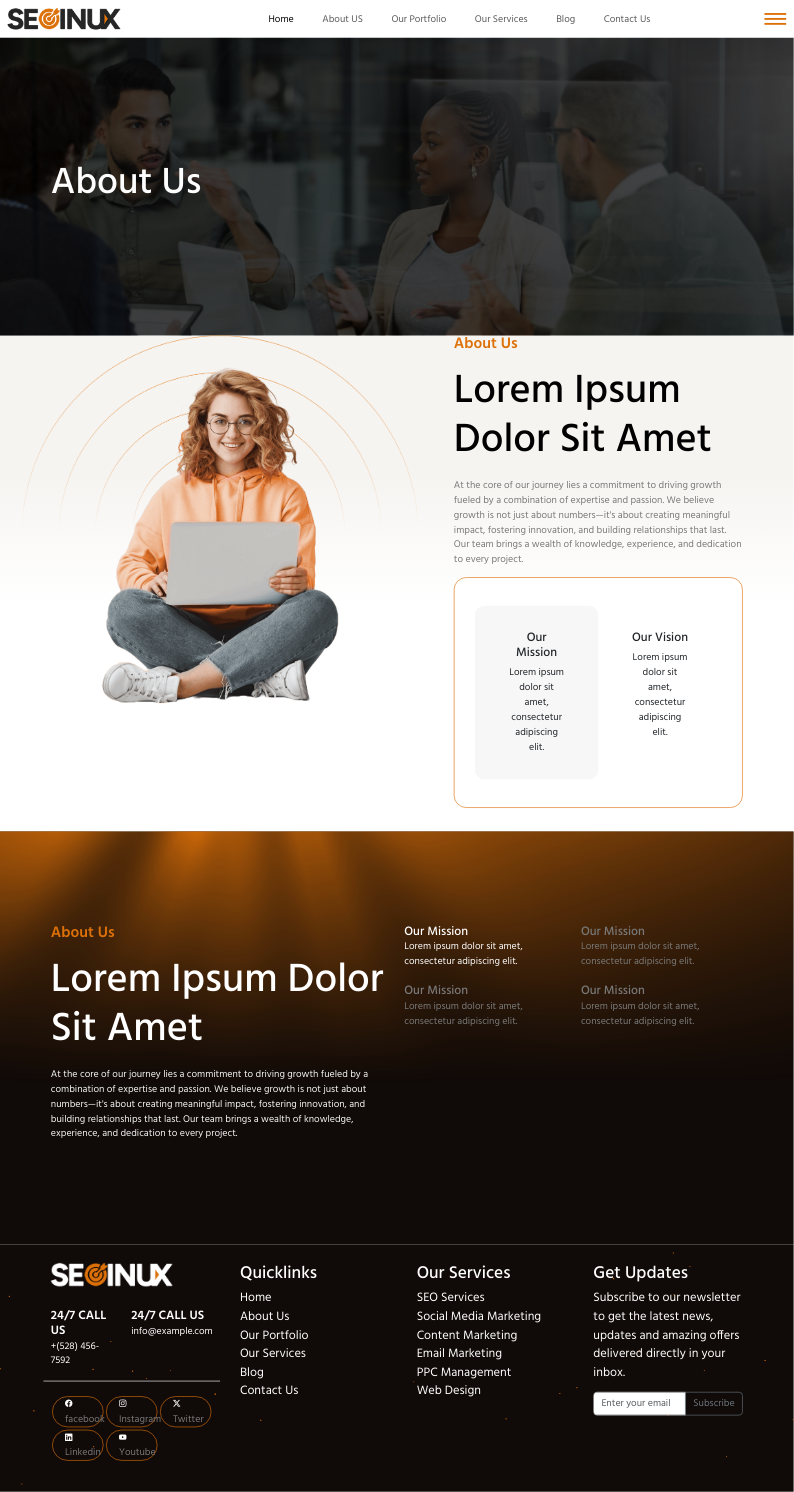
Repository: tagnam/seoinox
Page: about.html
These files come from the project's save history. The page is drawn as it stood at one moment and after a run of saves; the edit follows.
The browser window is 1280 px wide. The pictures show the whole page, at 62% of full size.
Backgrounds fixed to the window are drawn as part of the page.

Above is the page before, as saved 2025-02-26 10:48:32.

### about.html
<!DOCTYPE html>
<html lang="en">
<head>
    <meta charset="UTF-8">
    <meta name="viewport" content="width=device-width, initial-scale=1.0">
    <title>SEOINOX</title>
    <link href="https://cdn.jsdelivr.net/npm/bootstrap@5.3.3/dist/css/bootstrap.min.css" rel="stylesheet" integrity="sha384-QWTKZyjpPEjISv5WaRU9OFeRpok6YctnYmDr5pNlyT2bRjXh0JMhjY6hW+ALEwIH" crossorigin="anonymous">
    <link rel="stylesheet" href="style/css/style.css">
    <link rel="stylesheet" href="style/css/responsive.css">
    <link rel="stylesheet" href="style/css/animation.css">
</head>


<body>
  <header>
    <nav class="navbar navbar-expand-lg ">
        <div class="container-fluid">
          <a class="navbar-brand" href="#"><img src="images/main-logo-sec.png" width="100%" alt=""></a>
          <button class="navbar-toggler" type="button" data-bs-toggle="collapse" data-bs-target="#navbarSupportedContent" aria-controls="navbarSupportedContent" aria-expanded="false" aria-label="Toggle navigation">
            <span class="navbar-toggler-icon"></span>
          </button>
          <div class="collapse navbar-collapse custom-navbar-collapse" id="navbarSupportedContent">
            <ul class="navbar-nav custom-navbar-nav">
              <li class="nav-item">
                <a class="nav-link active" aria-current="page" href="/">Home</a>
              </li>
              <li class="nav-item">
                <a class="nav-link" href="about.html">About US</a>
              </li>
              <li class="nav-item">
                <a class="nav-link" href="portfolio.html">Our Portfolio</a>
              </li>
              <li class="nav-item">
                <a class="nav-link" href="service.html">Our Services</a>
              </li>
              <li class="nav-item">
                <a class="nav-link" href="blog.html">Blog</a>
              </li>
              <li class="nav-item">
                <a class="nav-link" href="contact.html">Contact Us</a>
              </li>
            </ul>
            <div class="d-flex" role="search">
                    <div class="menu-icon">
                        <div class="menu-icon-item"> </div>
                        <div class="menu-icon-item"></div>
                        <div class="menu-icon-item"></div>
                    </div>
            </div>
          </div>
        </div>
      </nav>
  </header>


<!--====================================== start hero section  ============================-->
 <section class="inner-page-hero-section">
    <div class="container">
        <div class="row">
                <div class="col-lg-12" style="z-index: 10;">
                    <div class="page-title">
                        <h2> About Us</h2>
                    </div>
                </div>
        </div>
    </div>
    <div class="overlay"></div>
 </section>

<!--====================================== end hero section  ============================-->

  <!--====================================== start about section  ============================-->
  <section class="about-section">
    <div class="container">
      <div class="row">
        <div class="col-lg-6" style="height: 800px;">
          <div class="about-img-container">
            <img src="images/about-image.png" alt="">
          </div>
        </div>
        <div class="col-lg-6">

          <div class="about-content-container">
            <div class="about-content">
              <h2 class="about-main-heading" style="text-align: start;">About Us</h2>
              <p class="about-sub-heading" style="text-align: start ; line-height: 80px;">Lorem ipsum dolor sit amet</p>
          </div>
          <p>At the core of our journey lies a commitment to driving growth fueled by a combination of expertise and passion. We believe growth is not just about numbers—it's about creating meaningful impact, fostering innovation, and building relationships that last. Our team brings a wealth of knowledge, experience, and dedication to every project.</p>
          <div class="about-card card">
            <div class="row g-4">
              <div class="col" style="background-color: #F7F7F7; border-radius: 15px;  ">
                <div class="card-body mission-vission">
                  <h5 class="card-title">Our Mission</h5>
                  <p class="card-text">Lorem ipsum dolor sit amet, consectetur adipiscing elit. </p>
                </div>
              </div>
              <div class="col" >
                <div class="card-body mission-vission">
                  <h5 class="card-title">Our Vision</h5>
                  <p class="card-text">Lorem ipsum dolor sit amet, consectetur adipiscing elit. </p>
                </div>
              </div>
            </div>
          </div>
        </div>
        </div>
      </div>
    </div>
  </section>

    <!--====================================== end about section  ============================-->
    <div class="clearfix"></div>


    <!--====================================== start choice  section  ============================-->

<section class="ab-page-choice-section">
<div class="container">
  <div class="row">
    <div class="col-lg-6">
      <div class="about-content">
        <h2 class="about-main-heading" style="text-align: start;">About Us</h2>
        <p class="about-sub-heading" style="text-align: start ; line-height: 80px; color: #fff;">Lorem ipsum dolor sit amet</p>
        <p style="text-align: start; color: #F7F7F7;">At the core of our journey lies a commitment to driving growth fueled by a combination of expertise and passion. We believe growth is not just about numbers—it's about creating meaningful impact, fostering innovation, and building relationships that last. Our team brings a wealth of knowledge, experience, and dedication to every project.</p>

    </div>
    </div>
    <div class="col-lg-6">
      <div class="row row-cols-1 row-cols-md-2 g-4">
        <div class="col">
            <div class="card-body" style="color: #fff;">
              <h5 class="card-title">Our Mission</h5>
              <p class="card-text">Lorem ipsum dolor sit amet, consectetur adipiscing elit. </p>
          </div>
        </div>
        <div class="col">
          <div class="card-body">
            <h5 class="card-title">Our Mission</h5>
            <p class="card-text">Lorem ipsum dolor sit amet, consectetur adipiscing elit. </p>
        </div>
        </div>
        <div class="col">
          <div class="card-body">
            <h5 class="card-title">Our Mission</h5>
            <p class="card-text">Lorem ipsum dolor sit amet, consectetur adipiscing elit. </p>
        </div>
        </div>
        <div class="col">
          <div class="card-body">
            <h5 class="card-title">Our Mission</h5>
            <p class="card-text">Lorem ipsum dolor sit amet, consectetur adipiscing elit. </p>
        </div>
        </div>
      </div>
    </div>
  </div>
</div>

</section>

        <!--====================================== end choice section  ============================-->














<footer>
  <div class="container">
    <div class="row">
      <div class="col">
        <figure>
          <img src="images/main-logo.png" alt="" style="width: 75%;">
        </figure>
        <div class="row" style="padding: 20px 0px; border-bottom: 1px solid #fff;">
          <div class="col">
            <h4 class="footer-heading">24/7 CALL US</h4>
            <a href="" class="footer-link">+(528) 456-7592</a>
          </div>
          <div class="col">
            <h4 class="footer-heading">24/7 CALL US</h4>
            <a href="" class="footer-link">info@example.com</a>
          </div>
        </div>
        <div class="social-container row-cols-md-3  row g-1">
          <div class="col">
            <div class="social-icon"> <span><i class="bi bi-facebook"></i></span> facebook </div>
          </div>
          <div class="col">
            <div class="social-icon"> <span><i class="bi bi-instagram"></i></span> Instagram </div>
          </div>
          <div class="col">
            <div class="social-icon"> <span><i class="bi bi-twitter-x"></i></span> Twitter </div>
          </div>
          <div class="col">
            <div class="social-icon"> <span><i class="bi bi-linkedin"></i></span> Linkedin</div>
          </div>
          <div class="col">
            <div class="social-icon"> <span><i class="bi bi-youtube"></i></span> Youtube</div>
          </div>
        </div>
      </div>
      <div class="col">
          <div class="footer-content-heading">
              <h3><i class="ri-circle-fill"></i> Quicklinks</h3>
              <ul class="footer-list">
                <li><i class="ri-arrow-right-double-line"></i> <a class="footer-link" href="">Home</a></li>
                <li><i class="ri-arrow-right-double-line"></i> <a class="footer-link" href="">About Us</a></li>
                <li><i class="ri-arrow-right-double-line"></i> <a class="footer-link" href="">Our Portfolio</a></li>
                <li><i class="ri-arrow-right-double-line"></i> <a class="footer-link" href="">Our Services</a></li>
                <li><i class="ri-arrow-right-double-line"></i> <a class="footer-link" href="">Blog</a></li>
                <li><i class="ri-arrow-right-double-line"></i> <a class="footer-link" href="">Contact Us</a></li>
          </div>
      </div>
      <div class="col">
        <div class="footer-content-heading">
          <h3><i class="ri-circle-fill"></i> Our Services</h3>
            <ul class="footer-list">
              <li><i class="ri-arrow-right-double-line"></i> <a class="footer-link" href="">SEO Services</a></li>
              <li><i class="ri-arrow-right-double-line"></i> <a class="footer-link" href="">Social Media Marketing</a></li>
              <li><i class="ri-arrow-right-double-line"></i> <a class="footer-link" href="">Content Marketing</a></li>
              <li><i class="ri-arrow-right-double-line"></i> <a class="footer-link" href="">Email Marketing</a></li>
              <li><i class="ri-arrow-right-double-line"></i> <a class="footer-link" href="">PPC Management</a></li>
              <li><i class="ri-arrow-right-double-line"></i> <a class="footer-link" href="">Web Design</a></li>
            </ul>
      </div>
      </div>
      <div class="col">
        <div class="footer-content-heading">
          <h3><i class="ri-circle-fill"></i> Get Updates</h3>
          <p>Subscribe to our newsletter to get the latest news, updates and amazing offers delivered directly in your inbox.</p>
          <form action="">
            <div class="input-group mb-3">
              <input type="text" class="form-control" placeholder="Enter your email" aria-label="Recipient's username" aria-describedby="button-addon2">
              <button class="btn btn-outline-secondary" type="button" id="button-addon2">Subscribe</button>
            </div>
          </form>

      </div>
      </div>
    </div>
  </div>
</footer>
<script src="https://cdn.jsdelivr.net/npm/bootstrap@5.3.3/dist/js/bootstrap.bundle.min.js" integrity="sha384-YvpcrYf0tY3lHB60NNkmXc5s9fDVZLESaAA55NDzOxhy9GkcIdslK1eN7N6jIeHz" crossorigin="anonymous"></script>
<script src="https://unpkg.com/@studio-freight/lenis@1.0.42/dist/lenis.min.js"></script>

<script src="style/js/custom.js"></script>
</body>
</html>

Loaded but not shown: style/js/custom.js (12 lines, source omitted); style/css/style.css (580 lines, source omitted); style/css/responsive.css (no stored copy; drawn as an empty file); style/css/animation.css (no stored copy; drawn as an empty file)

After the next 3 saves:
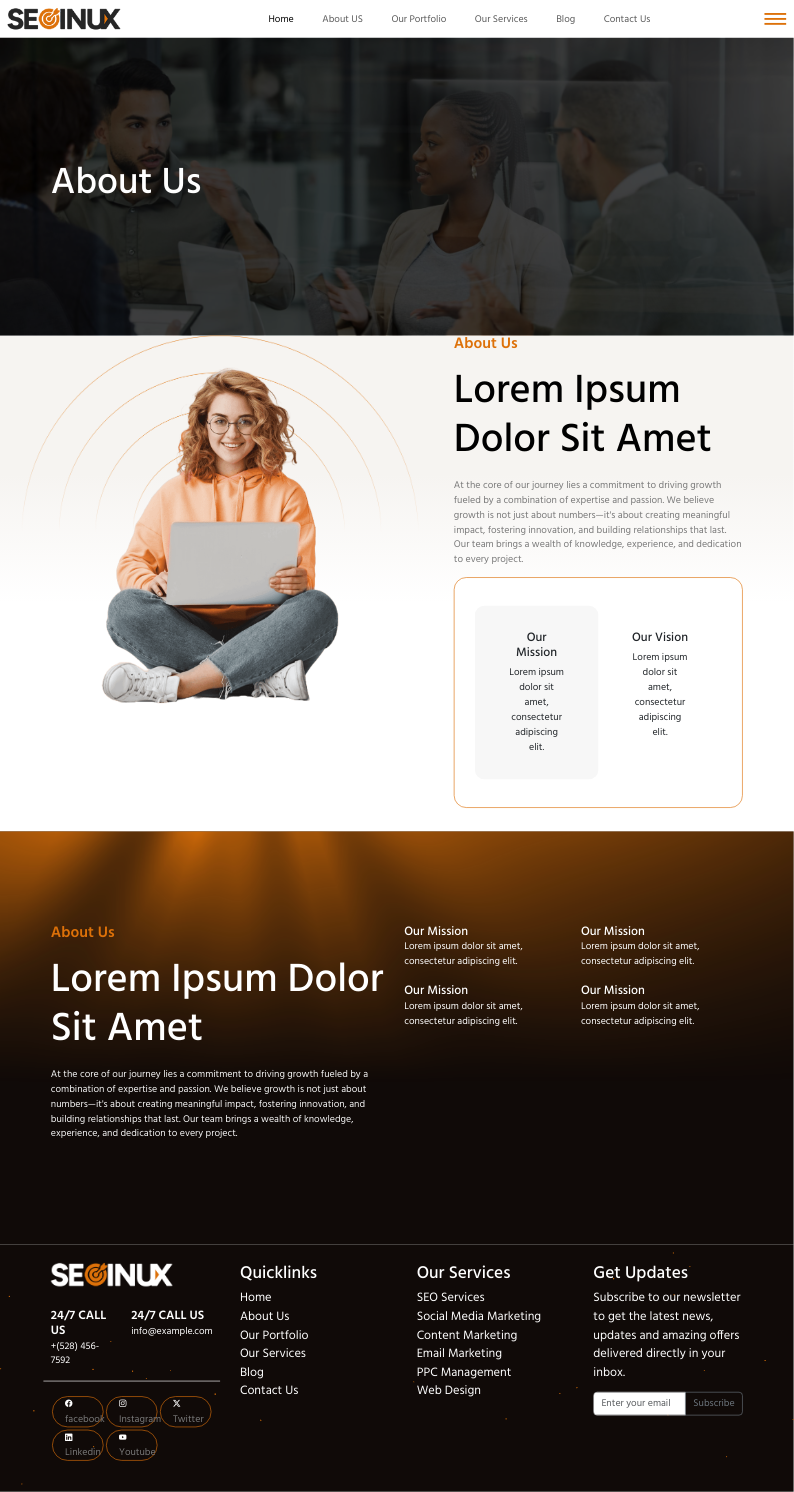
The 3 saves are shown as one change because they came seconds apart.
The last was saved 11 s later.
--- a/about.html
+++ b/about.html
@@ -134,19 +134,19 @@
           </div>
         </div>
         <div class="col">
-          <div class="card-body">
+          <div class="card-body" style="color: #fff;">
             <h5 class="card-title">Our Mission</h5>
             <p class="card-text">Lorem ipsum dolor sit amet, consectetur adipiscing elit. </p>
         </div>
         </div>
         <div class="col">
-          <div class="card-body">
+          <div class="card-body" style="color: #fff;">
             <h5 class="card-title">Our Mission</h5>
             <p class="card-text">Lorem ipsum dolor sit amet, consectetur adipiscing elit. </p>
         </div>
         </div>
         <div class="col">
-          <div class="card-body">
+          <div class="card-body" style="color: #fff;">
             <h5 class="card-title">Our Mission</h5>
             <p class="card-text">Lorem ipsum dolor sit amet, consectetur adipiscing elit. </p>
         </div>
